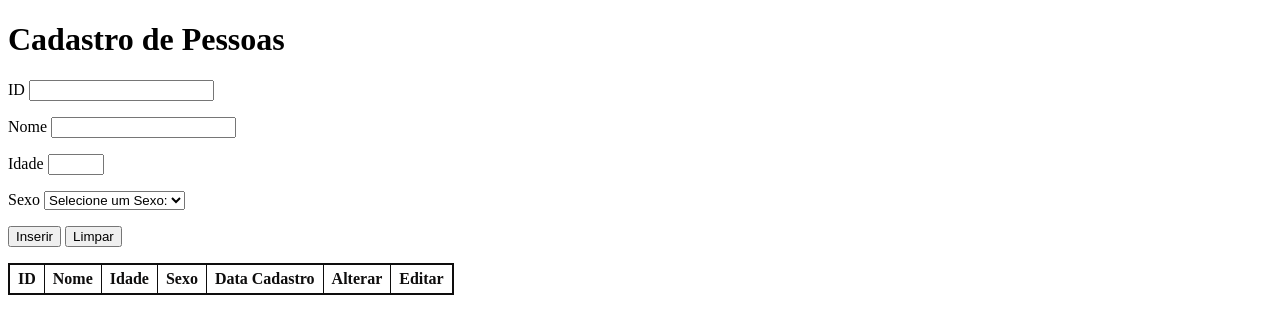
Repository: willisabino/Cadastrar-Pessoas
Page: http://localhost/cadastrarPessoas2/pessoaservlet
These files come from the project's save history. The page is drawn as it stood at one moment and after the next save; the edit follows.
The browser window is 1280 px wide. The pictures show the whole page.
The page is served by Tomcat 9. Other server files are loaded and not shown. Queries for data that is not in the repository find no rows.

Above is the page before, as saved 2022-05-22 23:30:11.

### cadastrarPessoas2/src/main/webapp/index.jsp
<%@page import="br.com.cadastrarpessoa.servlet.PessoaServlet"%>
<%@page import="br.com.cadastrarpessoa.service.PessoaService"%>
<%@page import="java.util.ArrayList"%>
<%@page import="br.com.cadastrarpessoa.model.Pessoa"%>
<%@page import="java.util.List"%>
<%@ page language="java" contentType="text/html; charset=ISO-8859-1"
	pageEncoding="ISO-8859-1"%>
<%@ taglib uri="http://java.sun.com/jsp/jstl/core" prefix="c"%>
<%@ taglib uri="http://java.sun.com/jsp/jstl/fmt" prefix="fmt"%>
<!DOCTYPE html>
<html>
<head>
<meta charset="ISO-8859-1">
<title>Cadastrar Pessoas</title>
<link rel="stylesheet" href="estilo.css">
</head>

<body>

	<form action="pessoaservlet" method="post">

		<h1>Cadastro de Pessoas</h1>

		<p> <!-- hidden="hidden" -->
			<label for="id">ID</label>
			<input type="number" name="id" id="id" value="${ cadastro.id }">
		</p>
		<p>
			<label for="nome">Nome</label>
			<input type="text" name="nome" id="nome" required value="${ cadastro.nome }">
		</p>
		<p>
			<label for="nome">Idade</label>
			<input type="number" name="idade" id="idade" required min="0" max="99" value="${ cadastro.idade }">
		</p>
		<p>
			<label for="sexo">Sexo</label> <select name="sexo" id="sexo">
				<option>Selecione um Sexo:</option>
				<option value="m">Masculino</option>
				<option value="f">Feminino</option>
			</select>
		</p>
		<p>
			<input type="submit" value="Inserir" name="acao" id="inserir" hidden=false>
			<input type="submit" value="Alterar" name="acao" id="alterar" hidden>
			<input type="submit" value="Limpar" name="acao" id="limpar">
		</p>
	</form>

	<table>
		<thead>
			<tr>
				<th>ID</th>
				<th>Nome</th>
				<th>Idade</th>
				<th>Sexo</th>
				<th>Data Cadastro</th>
				<th>Alterar</th>
				<th>Editar</th>
			</tr>
		</thead>
		<tbody>
			<c:forEach items="${ sessaoListaPessoa }" var="listaPessoas">

				<tr>
					<td>${ listaPessoas.id }</td>
					<td>${ listaPessoas.nome }</td>
					<td>${ listaPessoas.idade }</td>
					<td>${ listaPessoas.sexo }</td>
					<td><fmt:formatDate value="${ listaPessoas.dataCadastro }" pattern="dd/MM/yyy"/></td>
					<td><a href="alterarCadastro?id=${listaPessoas.id}" onclick= 'bloquear()'>O</a></td>
					<td><a href="removePessoaServlet?id=${listaPessoas.id}">X</a></td>
				</tr>

			</c:forEach>
		</tbody>
	</table>

	<script src="js.js"></script>
</body>
</html>

### cadastrarPessoas2/src/main/java/br/com/cadastrarpessoa/servlet/PessoaServlet.java
package br.com.cadastrarpessoa.servlet;

import java.io.IOException;
import java.io.PrintWriter;
import java.util.ArrayList;

import javax.servlet.RequestDispatcher;
import javax.servlet.ServletException;
import javax.servlet.annotation.WebServlet;
import javax.servlet.http.HttpServlet;
import javax.servlet.http.HttpServletRequest;
import javax.servlet.http.HttpServletResponse;

import br.com.cadastrarpessoa.dao.PessoaDao;
import br.com.cadastrarpessoa.model.Pessoa;
import br.com.cadastrarpessoa.service.PessoaService;

/**
 * Servlet implementation class PessoaServlet
 */
@WebServlet("/pessoaservlet")
public class PessoaServlet extends HttpServlet {
	private static final long serialVersionUID = 1L;


	protected void doGet(HttpServletRequest request, HttpServletResponse response) throws ServletException, IOException {

		response.setContentType("text/html");

		PessoaService pessoaService = new PessoaService();
		ArrayList<Pessoa> listaPessoa = new ArrayList<>();

		listaPessoa = pessoaService.chamaListaPessoaService();

		request.setAttribute("sessaoListaPessoa", listaPessoa);

		RequestDispatcher rd = request.getRequestDispatcher("index.jsp");
		rd.forward(request, response);
	}

	protected void doPost(HttpServletRequest request, HttpServletResponse response) throws ServletException, IOException {

		response.setContentType("text/html");

		String id =  request.getParameter("id");
		String nome =  request.getParameter("nome");
		String idade =  request.getParameter("idade");
		String sexo =  request.getParameter("sexo");
		String acao =  request.getParameter("acao");

		PessoaService pessoaService = new PessoaService();

		if(acao.equals("Inserir")) {

			pessoaService.inserirPessoas(nome, idade, sexo);

			response.sendRedirect("pessoaservlet");

		}else if(acao.equals("Alterar")) {

			pessoaService.alterarCadastro(id, nome, idade, sexo);

			response.sendRedirect("pessoaservlet");

		}

	}
}

### cadastrarPessoas2/src/main/java/br/com/cadastrarpessoa/service/PessoaService.java
package br.com.cadastrarpessoa.service;

import java.util.ArrayList;
import java.util.Date;

import br.com.cadastrarpessoa.dao.PessoaDao;
import br.com.cadastrarpessoa.model.Pessoa;

public class PessoaService {

	public ArrayList<Pessoa> chamaListaPessoaService() {

		PessoaDao pessoaDao = new PessoaDao();
		ArrayList<Pessoa> listaPessoa = new ArrayList<>();


		for(Pessoa p : pessoaDao.chamaListaPessoas()) {

			long id = p.getId();
			String nome = p.getNome();
			int idade = p.getIdade();
			String sexo = p.getSexo();
			Date data = new Date();

			listaPessoa.add(new Pessoa(id, nome, idade, sexo, data));
		}

		return listaPessoa;
	}

	public void inserirPessoas(String nome, String idade, String sexo) {

		PessoaDao pessoaDao = new PessoaDao();

		Pessoa pessoa = new Pessoa();
		pessoa.setNome(nome);
		pessoa.setIdade(Integer.parseInt(idade));
		pessoa.setSexo(sexo);
		pessoa.setDataCadastro(new Date());

		pessoaDao.inserirCadastro(pessoa);
	}

	public Pessoa buscaPessoaPeloId(String paramId) {

		int id = Integer.parseInt(paramId);

		ArrayList<Pessoa> listaPessoa = new ArrayList<>();
		PessoaService pessoaService = new PessoaService();
		listaPessoa = pessoaService.chamaListaPessoaService();

		for (int x = 0; x < listaPessoa.size(); x++) {

			if (listaPessoa.get(x).getId() == id) {

				return listaPessoa.get(x);
			}

		}
		return null;
	}

	public void alterarCadastro(String id, String nome, String idade, String sexo) {

		Pessoa pessoa = new Pessoa();
		PessoaDao pesssoaDao = new PessoaDao();


		pessoa.setNome(nome);
		pessoa.setIdade(Integer.parseInt(idade));
		pessoa.setSexo(sexo);
		pessoa.setDataCadastro(new Date());
		pessoa.setId(Long.parseLong(id));

		pesssoaDao.editarCadastro(pessoa);

	}



	public void removeCadastro(String id) {

		PessoaDao pessoaDao = new PessoaDao();

		pessoaDao.deletarCadastro(Long.parseLong(id));

	}

}

### cadastrarPessoas2/src/main/java/br/com/cadastrarpessoa/dao/PessoaDao.java
package br.com.cadastrarpessoa.dao;

import java.sql.Connection;
import java.sql.Date;
import java.sql.PreparedStatement;
import java.sql.ResultSet;
import java.util.ArrayList;

import br.com.cadastrarpessoa.factory.ConnectionFactory;
import br.com.cadastrarpessoa.model.Pessoa;

public class PessoaDao {

	public void inserirCadastro(Pessoa pessoa) {

		String sql = "INSERT INTO tb_ficha(nome, idade, sexo, dataCadastro) VALUES (?, ?, ?, ?)";

		Connection conn = null;
		PreparedStatement pstm = null;

		try {
			conn = ConnectionFactory.createConnectionToMySQL();

			pstm = (PreparedStatement) conn.prepareStatement(sql);

			pstm.setString(1, pessoa.getNome());
			pstm.setInt(2, pessoa.getIdade());
			pstm.setString(3, pessoa.getSexo());
			pstm.setDate(4, new Date(pessoa.getDataCadastro().getTime()));

			pstm.execute();

			System.out.println("Dados salvos!!!");

		}catch (Exception e) {

			e.printStackTrace();

		}finally {
			try{
				if(pstm!=null){
					pstm.close();
				}

				if(conn!=null) {
					conn.close();
				}
			}catch(Exception e) {
				e.printStackTrace();
			}
		}
	}


	public ArrayList<Pessoa> chamaListaPessoas(){

		String sql = "SELECT * FROM tb_ficha";

		ArrayList<Pessoa> pessoas = new ArrayList<Pessoa>();

		Connection conn = null;
		PreparedStatement pstm = null;

		ResultSet rset = null;

		try {
			conn = ConnectionFactory.createConnectionToMySQL();

			pstm = conn.prepareStatement(sql);

			rset = pstm.executeQuery();

			while(rset.next()) {

				Pessoa pessoa = new Pessoa();

				pessoa.setId(rset.getInt("id"));
				pessoa.setNome(rset.getString("nome"));
				pessoa.setIdade(rset.getInt("idade"));
				pessoa.setSexo(rset.getString("sexo"));
				pessoa.setDataCadastro(rset.getDate("dataCadastro"));

				pessoas.add(pessoa);
			}

		}catch (Exception e) {

			e.printStackTrace();

		}finally {
			try {
				if(rset != null) {
					rset.close();
				}

				if(pstm != null) {
					pstm.close();
				}

				if(conn!=null) {
					conn.close();
				}

			}catch(Exception e) {
				e.printStackTrace();
			}
		}

		return pessoas;
	}


	public void editarCadastro(Pessoa pessoa) {

		String sql = "UPDATE tb_ficha SET nome = ?, idade = ?, sexo = ?, dataCadastro = ? "+
		"WHERE id = ?";

		Connection conn = null;
		PreparedStatement pstm = null;

		try {
			conn = ConnectionFactory.createConnectionToMySQL();

			pstm = conn.prepareStatement(sql);

			pstm.setString(1, pessoa.getNome());
			pstm.setInt(2, pessoa.getIdade());
			pstm.setString(3, pessoa.getSexo());
			pstm.setDate(4, new Date(pessoa.getDataCadastro().getTime()));

			pstm.setLong(5, pessoa.getId());

			pstm.execute();

		}catch(Exception e) {

			e.printStackTrace();

		}finally {
			try {
				if(pstm!=null) {
					pstm.close();
				}

				if(conn!=null) {
					conn.close();
				}
			}catch(Exception e) {
				e.printStackTrace();
			}
		}

	}


	public void deletarCadastro(long id) {

		String sql = "DELETE FROM tb_ficha WHERE id = ?";

		Connection conn = null;

		PreparedStatement pstm = null;

		try {
			conn = ConnectionFactory.createConnectionToMySQL();

			pstm = conn.prepareStatement(sql);

			pstm.setLong(1, id);

			pstm.execute();

		}catch (Exception e) {

			e.printStackTrace();

		}finally {

			try {

				if(pstm != null) {

					pstm.close();

				}
				if(conn != null) {
					conn.close();
				}

			}catch(Exception e) {

				e.printStackTrace();
			}
		}
	}
}

### cadastrarPessoas2/src/main/java/br/com/cadastrarpessoa/factory/ConnectionFactory.java
package br.com.cadastrarpessoa.factory;

import java.sql.Connection;
import java.sql.DriverManager;

public class ConnectionFactory {

	private static final String USERNAME = "root";

	private static final String PASSWORD = "root";

	private static final String DATABASE_URL = "jdbc:mysql://localhost:3306/db_cadastro";

	public static Connection createConnectionToMySQL() throws Exception{

		Class.forName("com.mysql.jdbc.Driver");

		Connection connection = DriverManager.getConnection(DATABASE_URL, USERNAME, PASSWORD);

		return connection;
	}

	public static void main(String[] args) throws Exception {

		Connection con = createConnectionToMySQL();

		if(con!=null) {
			System.out.println("Conexão obtida com sucesso!");
			con.close();
		}

	}

}

### cadastrarPessoas2/src/main/webapp/estilo.css
@charset "UTF-8";

table {
    border: 2px solid rgb(14, 13, 13);
    border-collapse: collapse;
    background-color: white;
  }

th, tr, td {
    border: solid 1px rgb(14, 13, 13);
    color: rgb(14, 13, 13);
    background-color: white;
    padding: 5px 8px;
    text-align: center;
}

### cadastrarPessoas2/src/main/webapp/js.js
setTimeout(function bloquear() {
	 const id = document.querySelector('#id').value;
	 const nome = document.querySelector('#nome').value;

    if(id && nome){
        document.querySelector('#alterar').hidden = false;
        document.querySelector('#inserir').hidden = true;
        return;
    }
    document.querySelector('#alterar').hidden = true;
            document.querySelector('#inserir').hidden = false;
}, 1000);

After the next save:
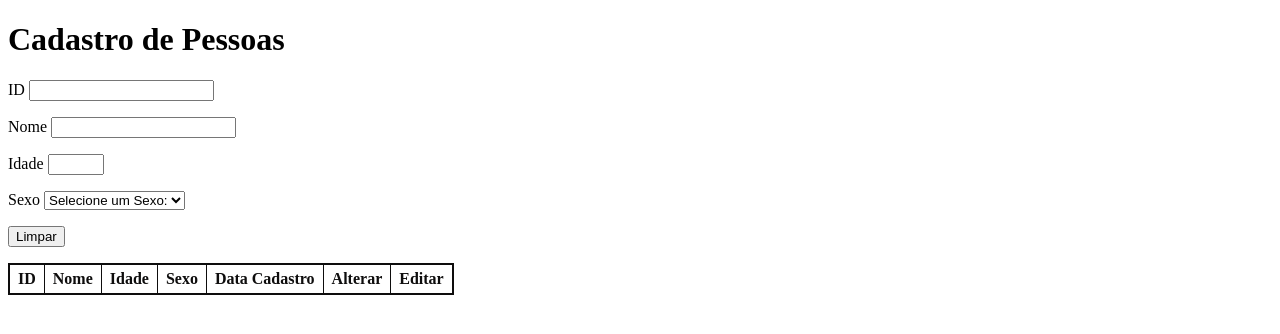
Saved 9 s later.
--- a/cadastrarPessoas2/src/main/webapp/js.js
+++ b/cadastrarPessoas2/src/main/webapp/js.js
@@ -1,4 +1,4 @@
-setTimeout(function bloquear() {
+function bloquear() {
 	 const id = document.querySelector('#id').value;
 	 const nome = document.querySelector('#nome').value;
 
@@ -9,4 +9,4 @@ setTimeout(function bloquear() {
     }
     document.querySelector('#alterar').hidden = true;
             document.querySelector('#inserir').hidden = false;
-}, 1000);
+}
